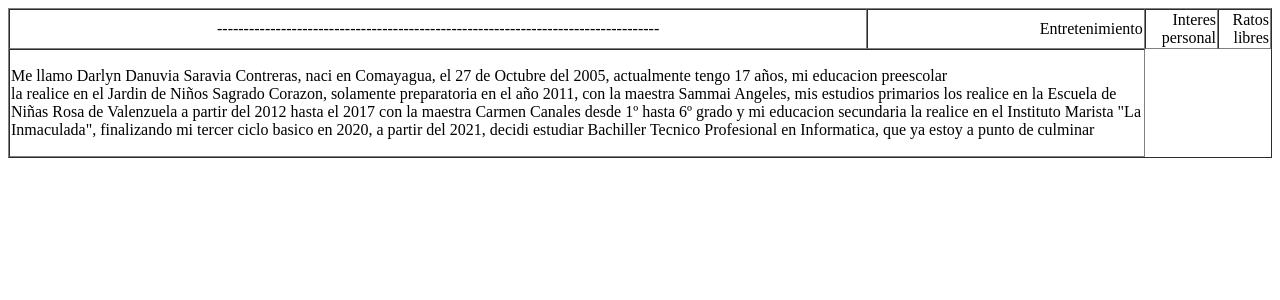
Repository: darlyn-saravia27/portafolio-darlynsaravia
Page: archivoshtml/tareas de html/index.html
These files come from the project's save history. The page is drawn as it stood at one moment and after the next save; the edit follows.
The browser window is 1280 px wide. The pictures show the whole page.

Above is the page before, as saved 2023-03-04 00:47:42.

After the next save:
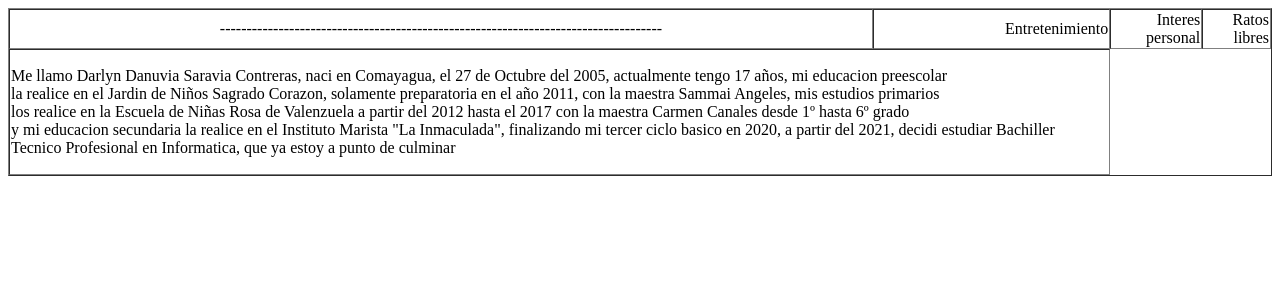
Saved 24 s later.
--- a/archivoshtml/tareas de html/index.html
+++ b/archivoshtml/tareas de html/index.html
@@ -19,9 +19,9 @@
             <p> Me llamo Darlyn Danuvia Saravia Contreras, naci en Comayagua,
                 el 27 de Octubre del 2005, actualmente tengo 17 años, mi educacion preescolar <br>la realice
                 en el Jardin de Niños Sagrado Corazon, solamente preparatoria en el año 2011,
-                con la maestra Sammai Angeles, mis estudios primarios los realice en la
+                con la maestra Sammai Angeles, mis estudios primarios <br>los realice en la
                 Escuela de Niñas Rosa de Valenzuela a partir del 2012 hasta el 2017 con
-                la maestra Carmen Canales desde 1º hasta 6º grado y mi educacion secundaria la
+                la maestra Carmen Canales desde 1º hasta 6º grado <br>y mi educacion secundaria la
                 realice en el Instituto Marista "La Inmaculada", finalizando
                 mi tercer ciclo basico en 2020, a partir del 2021, decidi estudiar Bachiller
                 Tecnico Profesional en Informatica, que ya estoy a punto de culminar</p> </td>
